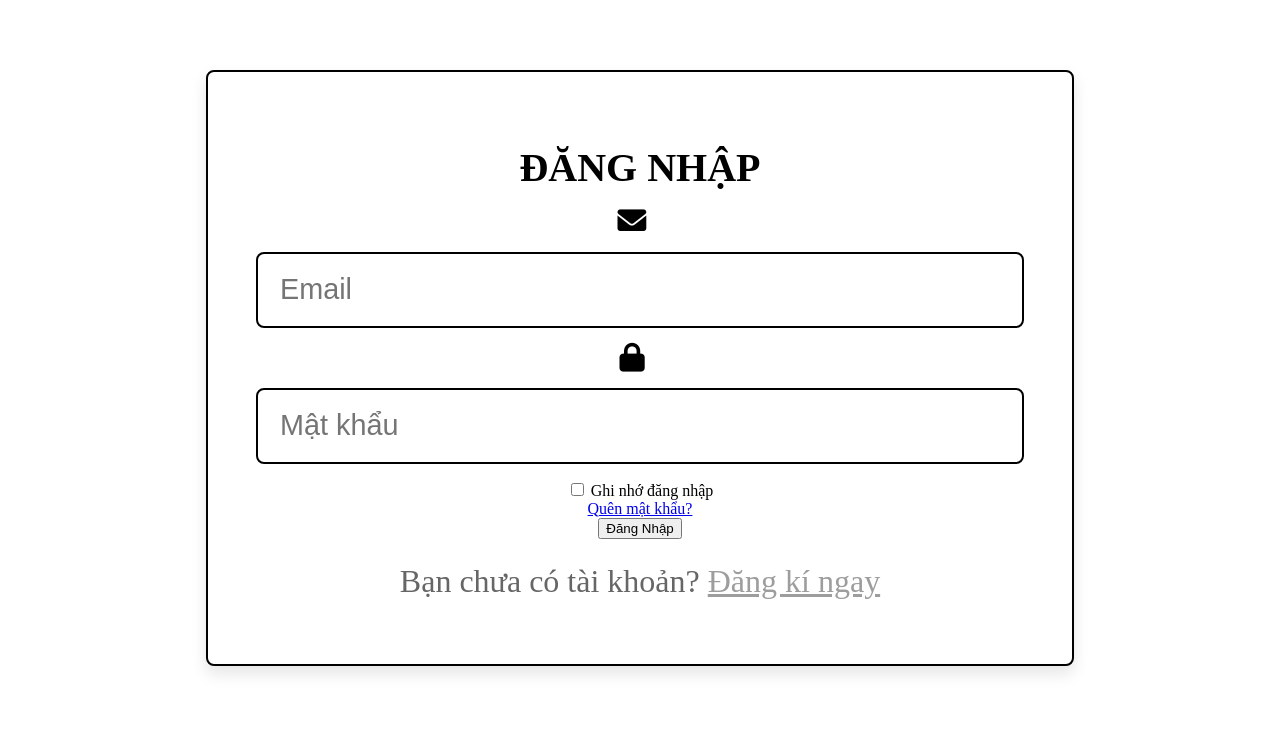
Repository: Dien973/expense_manager
Page: http://localhost/expense_manager/user_page/login.php
An editor plug-in stored every save of this project. The page is shown before and after the next save, followed by the edit.
The browser window is 1280 px wide. The pictures show the whole page.
The page is run by PHP 8.4 with error messages shown; the project is at /var/www/html/. user_page/conn.php is not in the repository; a stand-in opens the database connection.

Above is the page before, as saved 2025-12-05 13:46:41.

After the next save:
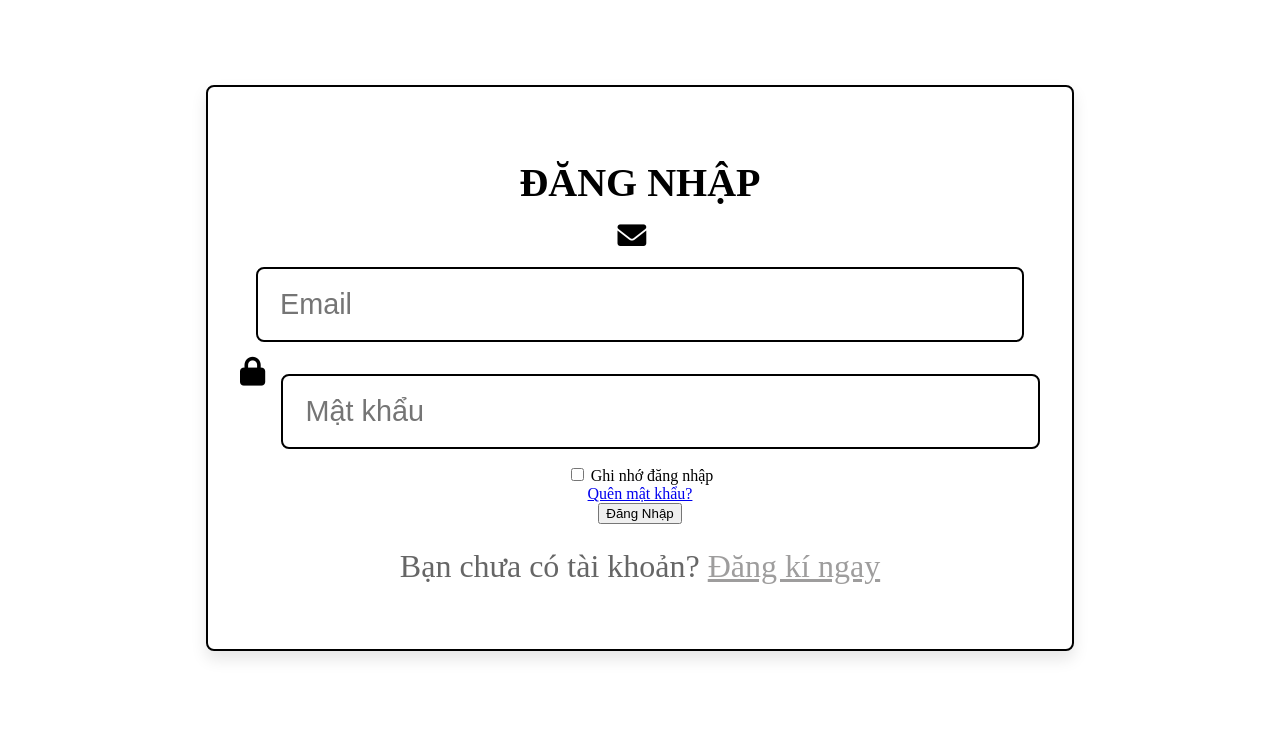
Saved 4 s later.
--- a/css/main.css
+++ b/css/main.css
@@ -23,7 +23,7 @@
 }
 
 .form-container form .inpt {
-  display: inlineflex;
+  display: flex;
 }
 .form-container form .box {
   width: 90%;
